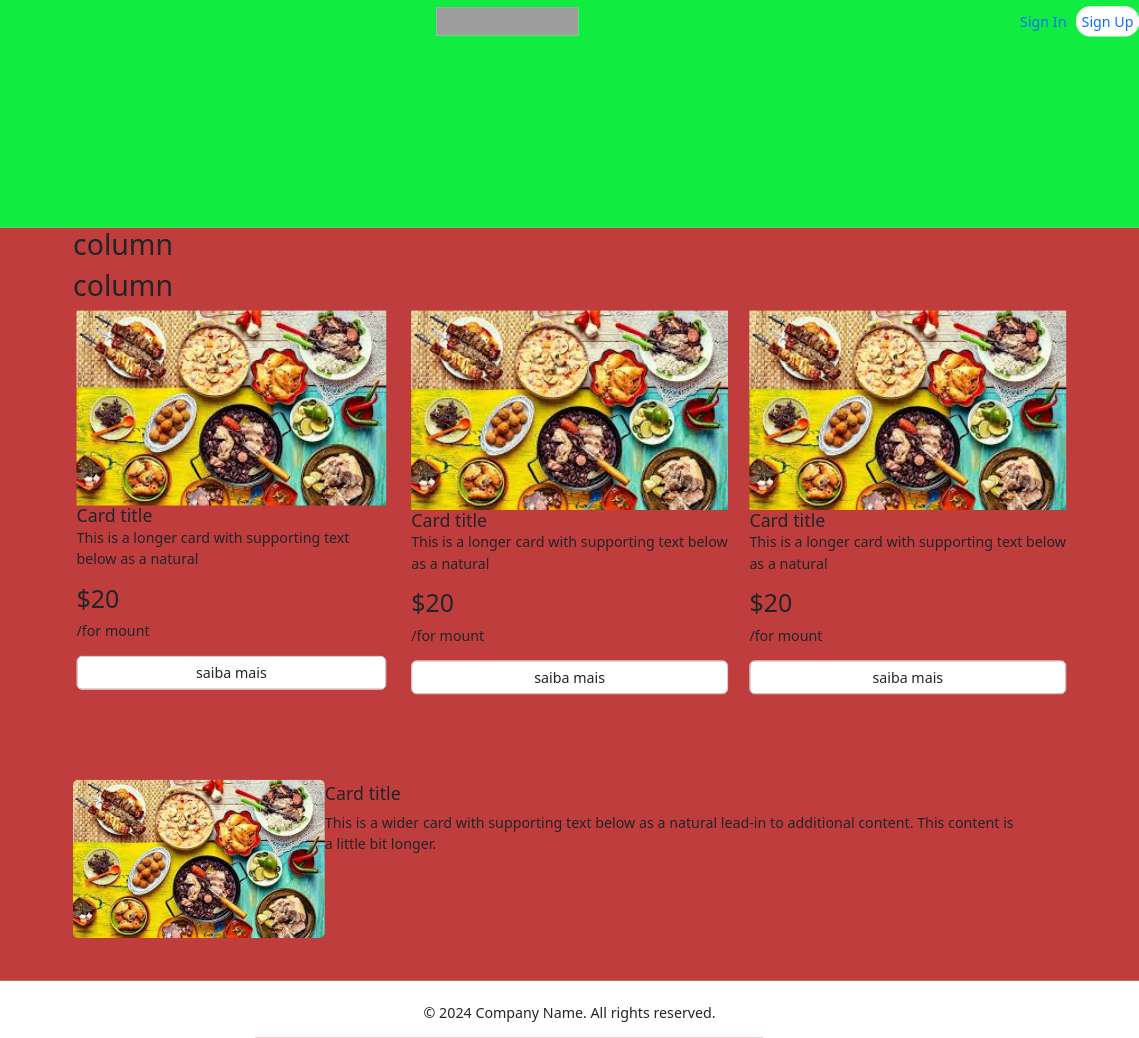
Repository: Joao-Rafael-mob/repoCurso
Page: index.html
These files come from the project's save history. The page is drawn as it stood at one moment and after the next save; the edit follows.
The browser window is 1280 px wide. The pictures show the whole page, at 89% of full size.
Pictures or frames that could not be fetched are drawn as grey boxes.

Above is the page before, as saved 2024-09-27 09:40:32.

### index.html
<!DOCTYPE html>
<html lang="en">
  <head>
    <meta charset="UTF-8" />
    <meta name="viewport" content="width=device-width, initial-scale=1.0" />
    <title>Document</title>
    <link rel="stylesheet" href="styles.css" />
    <link
      href="https://cdn.jsdelivr.net/npm/bootstrap@5.3.3/dist/css/bootstrap.min.css"
      rel="stylesheet"
      integrity="sha384-QWTKZyjpPEjISv5WaRU9OFeRpok6YctnYmDr5pNlyT2bRjXh0JMhjY6hW+ALEwIH"
      crossorigin="anonymous"
    />
  </head>

  <body>
    <div class="imagem-fundo">
      <nav class="navbar">
        <img src="logo.png" alt="Logo" />
        <div class="nav-links">
          <a href="#" class="nav-link1">Sign In</a>
          <a href="#" class="nav-link2">Sign Up</a>
        </div>
      </nav>
    </div>
    <main>
      <div class="container">
        <div class="row row-cols-1">
          <div class="col h2">column</div>
          <div class="col h2">column</div>
        </div>
        <div class="row row-cols-1 row-cols-md-3 g-4">
          <div class="col px-3">
            <div>
              <img src="banner.jpeg" class="card-img-top" alt="" />
              <div class="card-body">
                <h5 class="card-title">Card title</h5>
                <p class="" style="max-height: 4rem; overflow: hidden">
                  This is a longer card with supporting text below as a natural
                </p>

                <h3>$20</h3>
                <p>/for mount</p>

                <button class="form-control">saiba mais</button>
              </div>
            </div>
          </div>
          <div class="col">
            <div>
              <img src="banner.jpeg" class="card-img-top" alt="" />
              <div class="card-body">
                <h5 class="card-title">Card title</h5>
                <p class="" style="max-height: 4rem; overflow: hidden">
                  This is a longer card with supporting text below as a natural
                </p>
                <div>
                  <h3>$20</h3>
                  <p>/for mount</p>

                  <button class="form-control">saiba mais</button>
                </div>
              </div>
            </div>
          </div>
          <div class="col">
            <div>
              <img src="banner.jpeg" class="card-img-top" alt="" />
              <div class="card-body">
                <h5 class="card-title">Card title</h5>
                <p class="" style="max-height: 4rem; overflow: hidden">
                  This is a longer card with supporting text below as a natural
                </p>
                <div>
                  <h3>$20</h3>
                  <p>/for mount</p>

                  <button class="form-control">saiba mais</button>
                </div>
              </div>
            </div>
          </div>
        </div>
      </div>

      <div class="container mt-5">
        <div class="py-5">
          <div class="row g-0">
            <div class="col-auto">
              <img src="banner.jpeg" class="rounded float-start" alt="" />
            </div>
            <div class="col pe-5">
              <div class="mt-1">
                <h5>Card title</h5>
                <p>
                  This is a wider card with supporting text below as a natural
                  lead-in to additional content. This content is a little bit
                  longer.
                </p>
              </div>
            </div>
          </div>
        </div>
      </div>
    </main>

    <footer class="text-center mt-4">
      <p>&copy; 2024 Company Name. All rights reserved.</p>
    </footer>

    <script
      src="https://cdn.jsdelivr.net/npm/bootstrap@5.3.3/dist/js/bootstrap.bundle.min.js"
      integrity="sha384-YvpcrYf0tY3lHB60NNkmXc5s9fDVZLESaAA55NDzOxhy9GkcIdslK1eN7N6jIeHz"
      crossorigin="anonymous"
    ></script>
  </body>
</html>

### styles.css
.imagem-fundo {
    background-color: rgb(16, 236, 64);
    background-position: center;
    color: white;
    width: 100%;
    min-height: 16rem;
}

.imagem-fundo .navbar img {
    background-color: rgb(255, 255, 255);
    margin: auto;
    width: 10rem;
    height: 2rem;
}

.imagem-fundo .navbar a {
    text-decoration: none;
    font-size: medium;
    padding: 0.4rem;
}

.imagem-fundo .navbar .nav-link2 {
    background-color: rgb(255, 255, 255);
    border-radius: 1rem;
}

.imagem-fundo .address {
    width: 50%;
    padding-top: 3rem;
    margin: auto;
}

.imagem-fundo .address a {
    width: 50%;
    margin: auto;
    text-decoration: none;
}

main  {
    background-color: rgb(192, 61, 61);

}

After the next save:
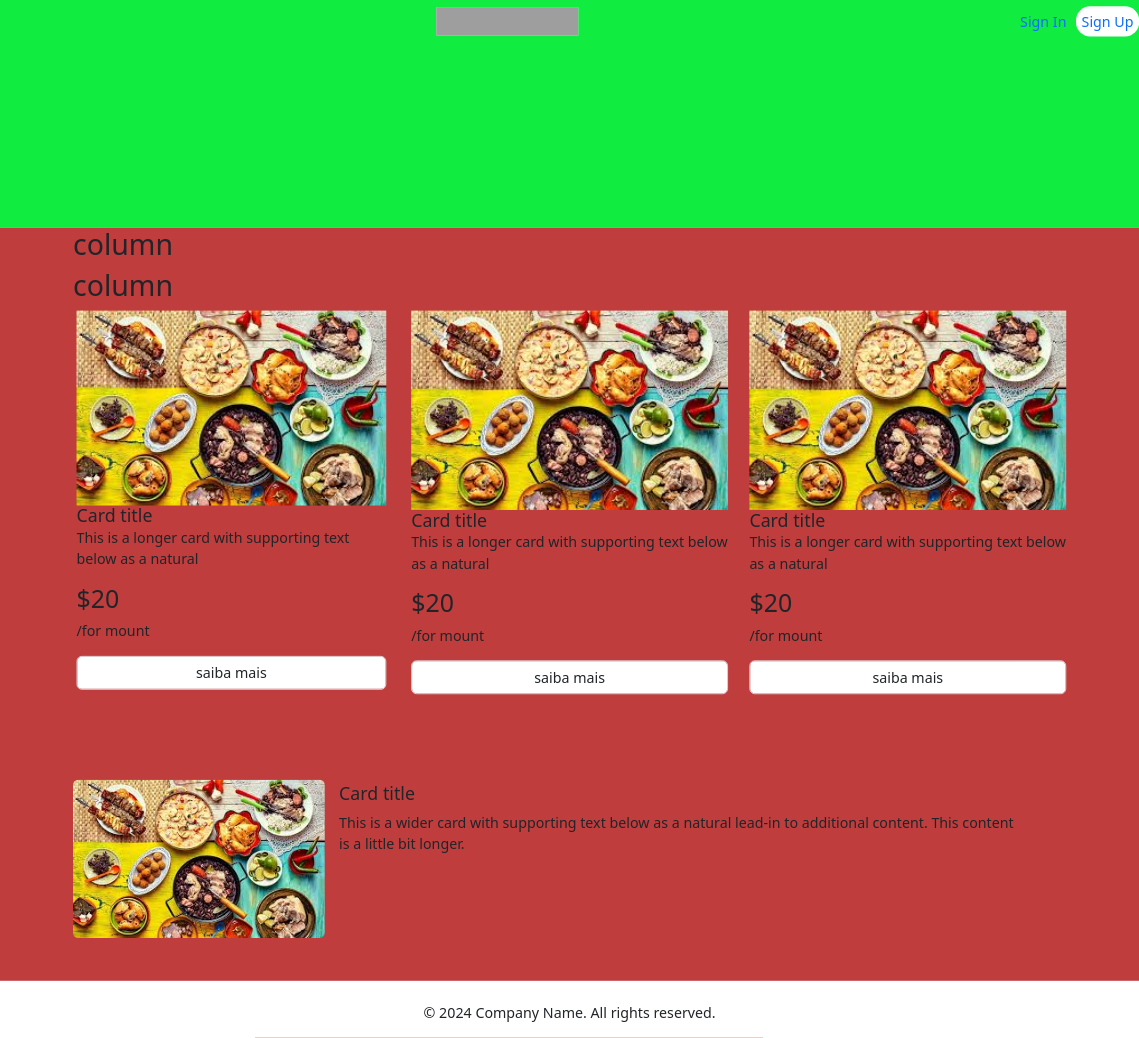
Saved 30 s later.
--- a/index.html
+++ b/index.html
@@ -86,7 +86,7 @@
       <div class="container mt-5">
         <div class="py-5">
           <div class="row g-0">
-            <div class="col-auto">
+            <div class="col-auto me-3">
               <img src="banner.jpeg" class="rounded float-start" alt="" />
             </div>
             <div class="col pe-5">
